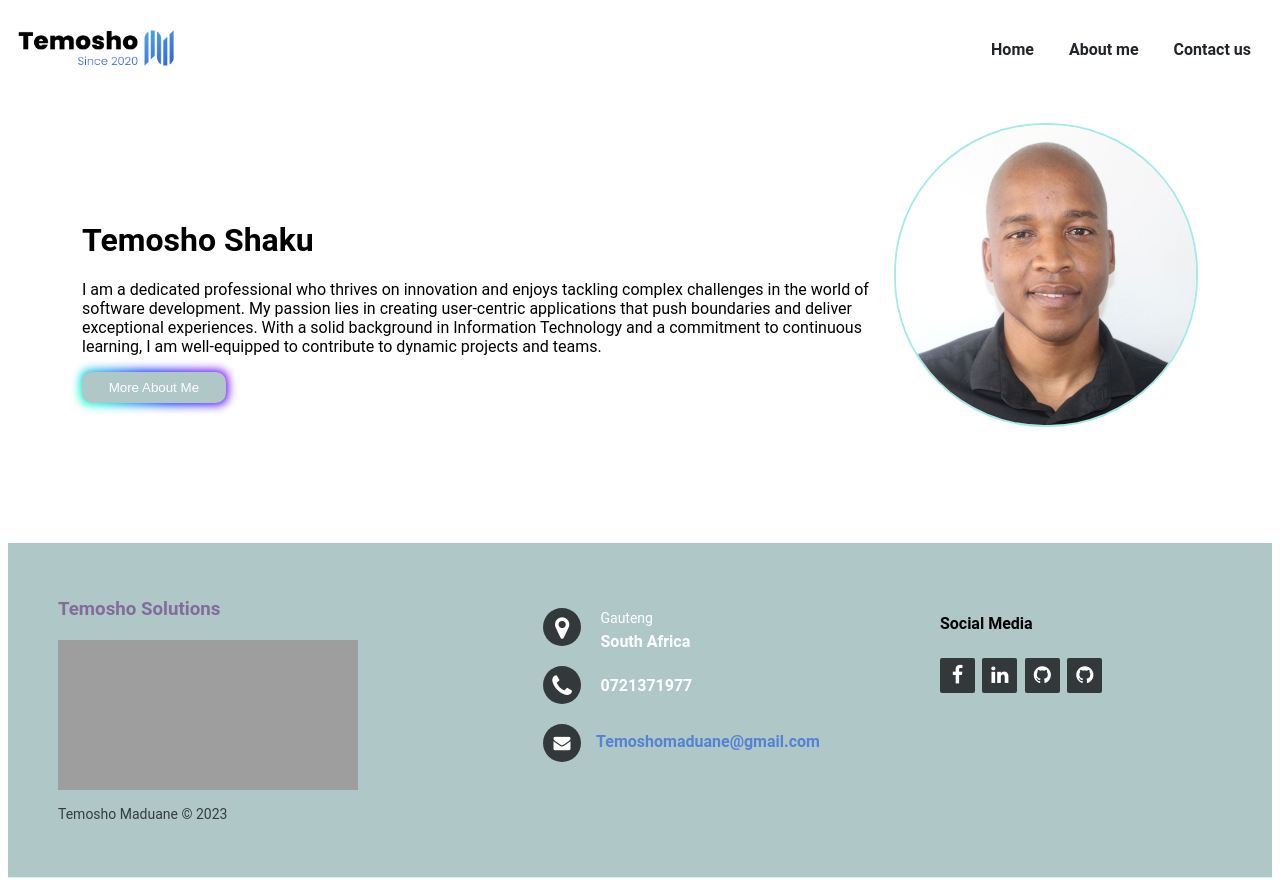
Repository: TemoshoS/T-Shaku
Page: index.html
An editor plug-in stored every save of this project. The page is shown before and after the next save, followed by the edit.
The browser window is 1280 px wide. The pictures show the whole page.
Pictures or frames that could not be fetched are drawn as grey boxes. Some web libraries are served in a nearby version.

Above is the page before, as saved 2023-09-28 14:56:01.

After the next save:
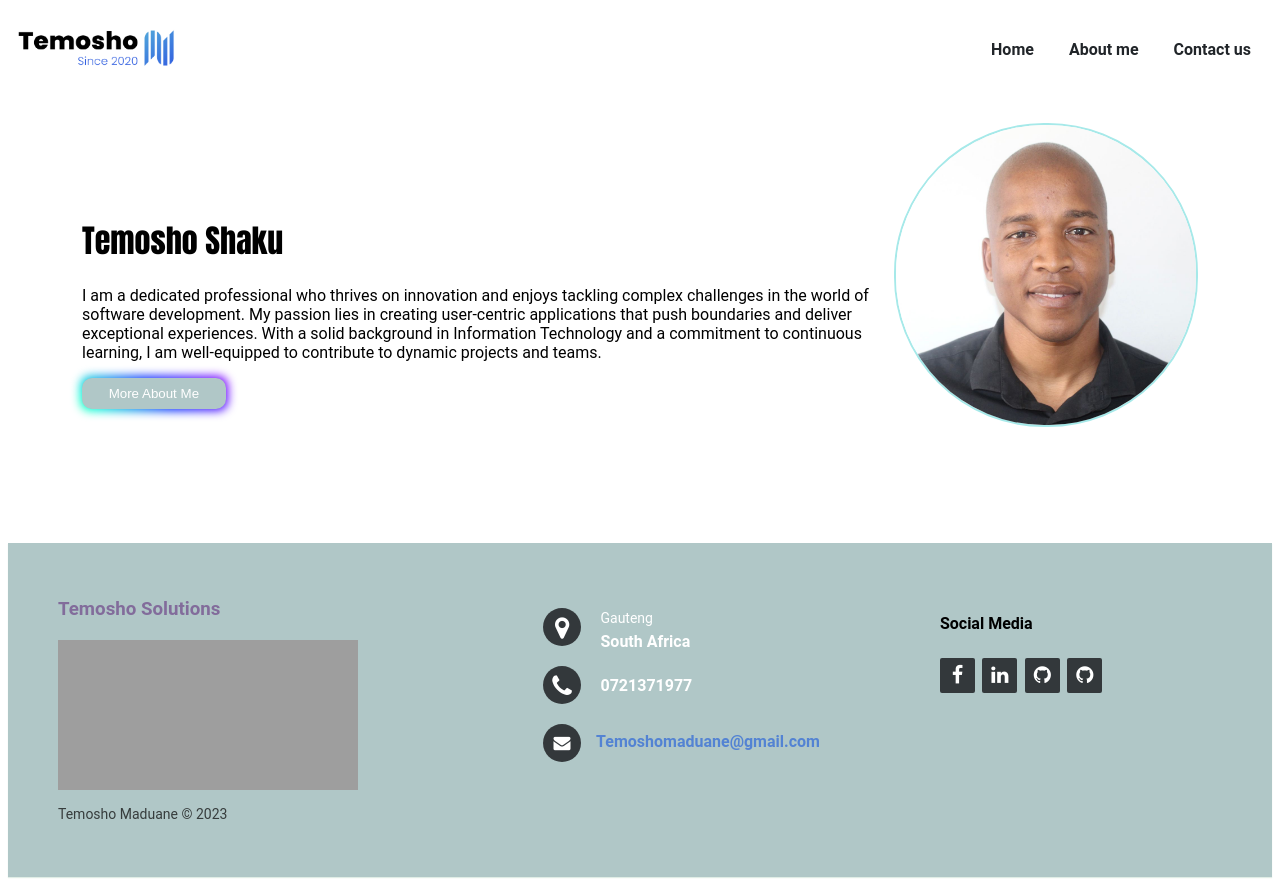
Saved 4 s later.
--- a/css/style.css
+++ b/css/style.css
@@ -44,7 +44,7 @@ input {
 /* Add this to your style.css file */
 
 .name{
-font-family:;
+font-family:Impact, Haettenschweiler, 'Arial Narrow Bold', sans-serif;
 
 }
 
